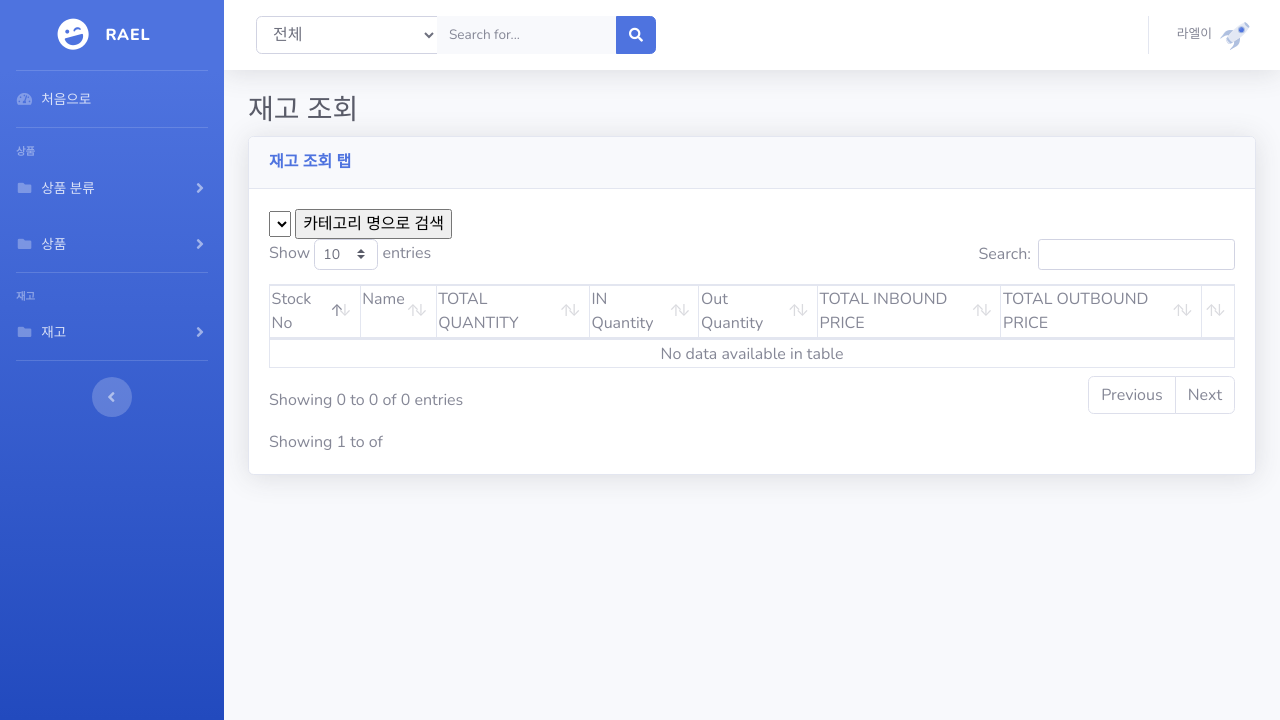
Repository: sww232/springRaelProject
Page: http://localhost/rael/WEB-INF/views/stock/stock_select.jsp
An editor plug-in stored every save of this project. The page is shown before and after the next save, followed by the edit.
The browser window is 1280 px wide. The pictures show the whole page.
The page is served by Tomcat 9. Nobody is signed in. The template is opened directly, without the code that normally fills it, so the values that code supplies are empty.

Above is the page before, as saved 2022-10-10 19:02:43.

After the next save:
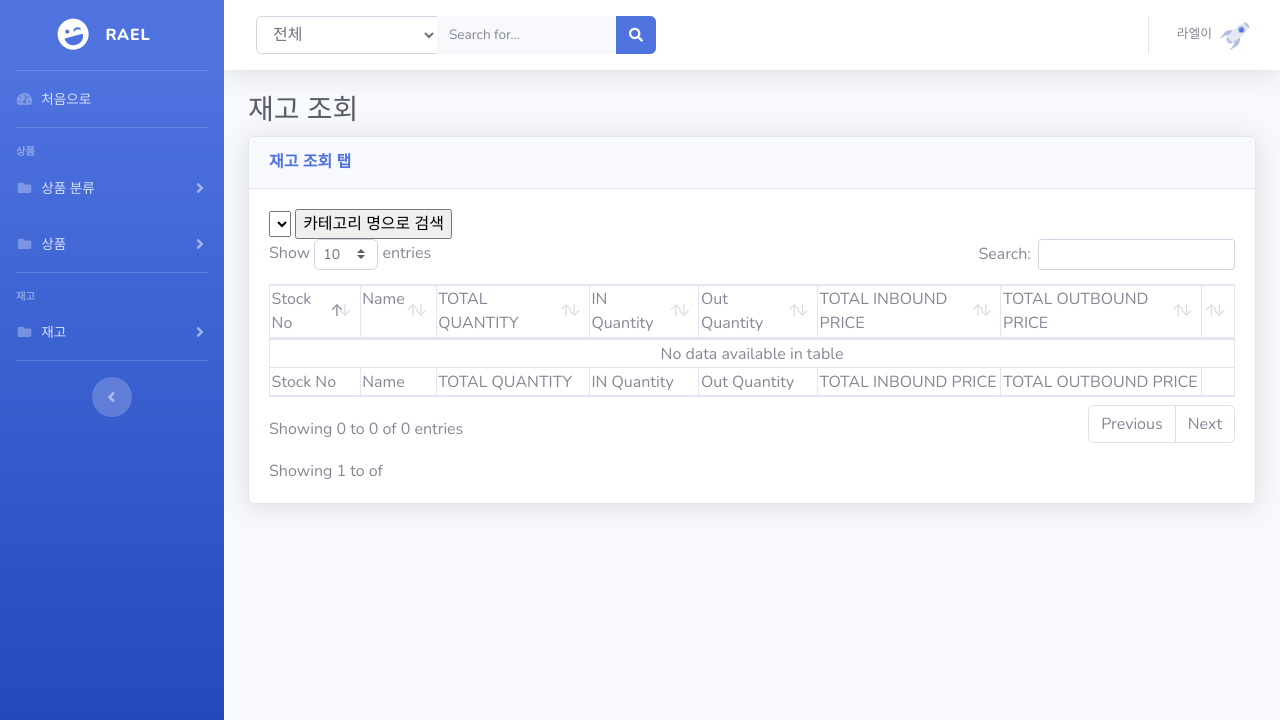
Saved 22 s later.
--- a/raelproject3/rael/src/main/webapp/WEB-INF/views/stock/stock_select.jsp
+++ b/raelproject3/rael/src/main/webapp/WEB-INF/views/stock/stock_select.jsp
@@ -301,6 +301,18 @@
 															<td></td>
 														</tr>
 													</thead>
+													<tfoot>
+														<tr>
+															<td>Stock No</td>
+															<td>Name</td>
+															<td>TOTAL QUANTITY</td>
+															<td>IN Quantity</td>
+															<td>Out Quantity</td>
+															<td>TOTAL INBOUND PRICE</td>
+															<td>TOTAL OUTBOUND PRICE</td>
+															<td></td>
+														</tr>
+													</tfoot>
 													<tbody>
 														<c:forEach items="${datas.list}" var="data">
 															<tr>
